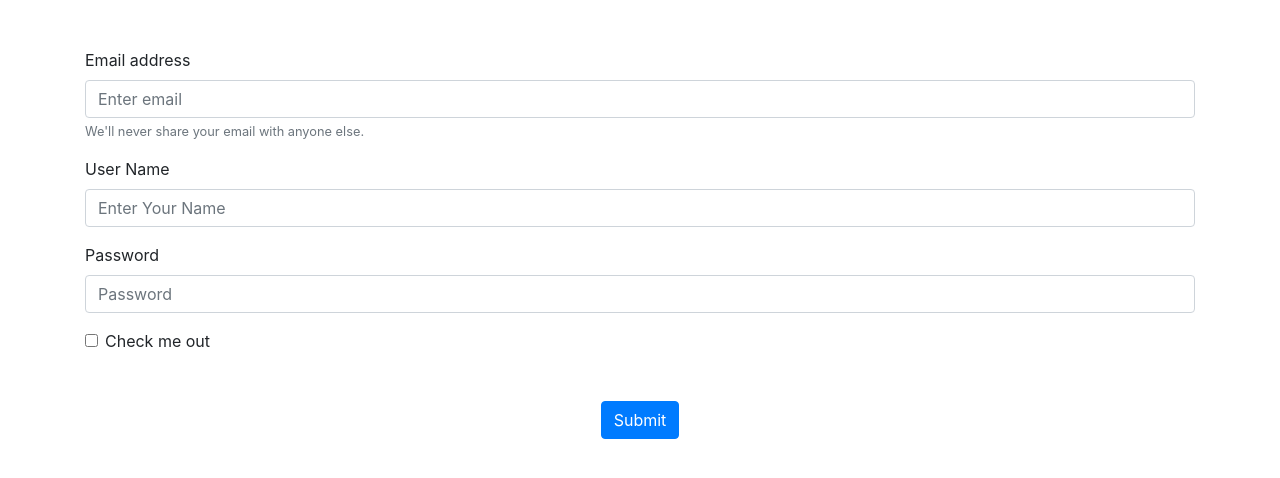
Repository: wanderwisecoder/spring_framework_learnings
Page: http://localhost/SpringMVC/contact
The author's editor kept a copy of each file at every save. The page is drawn from the files as they stood at one save, then again after the next save.
The browser window is 1280 px wide. The pictures show the whole page.
Some web libraries are served in a nearby version. The page is served by Tomcat 9.

Above is the page before, as saved 2023-12-19 08:52:57.

After the next save:
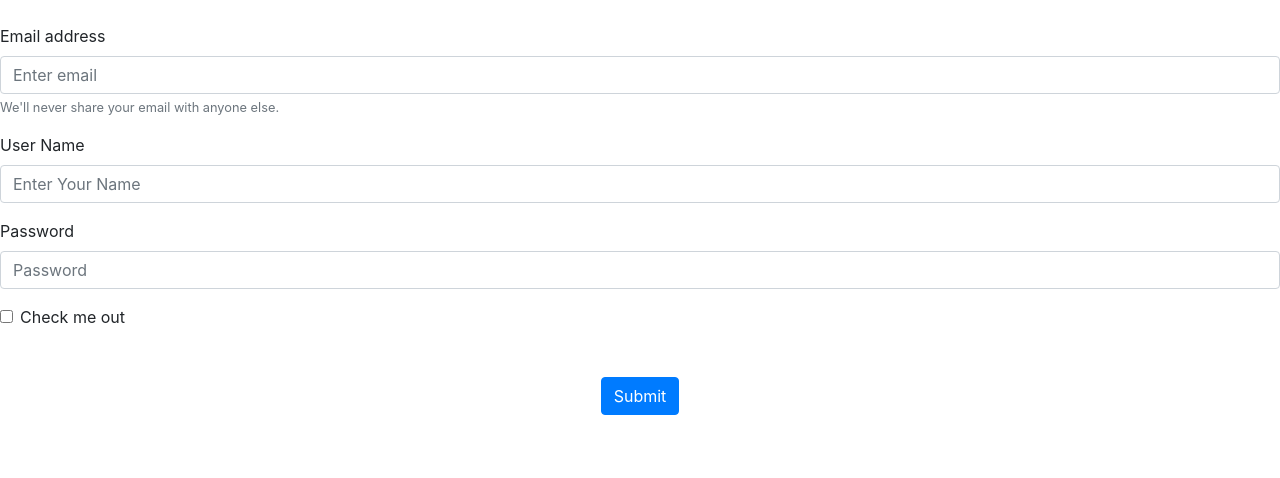
Saved 4 s later.
--- a/SpringMVC/src/main/webapp/WEB-INF/views/contact.jsp
+++ b/SpringMVC/src/main/webapp/WEB-INF/views/contact.jsp
@@ -15,7 +15,7 @@
 <title>Hello, world!</title>
 </head>
 <body>
-
+<he
 	<div class="container  mt-5">
 		<form>
 			<div class="form-group">

After the save that followed:
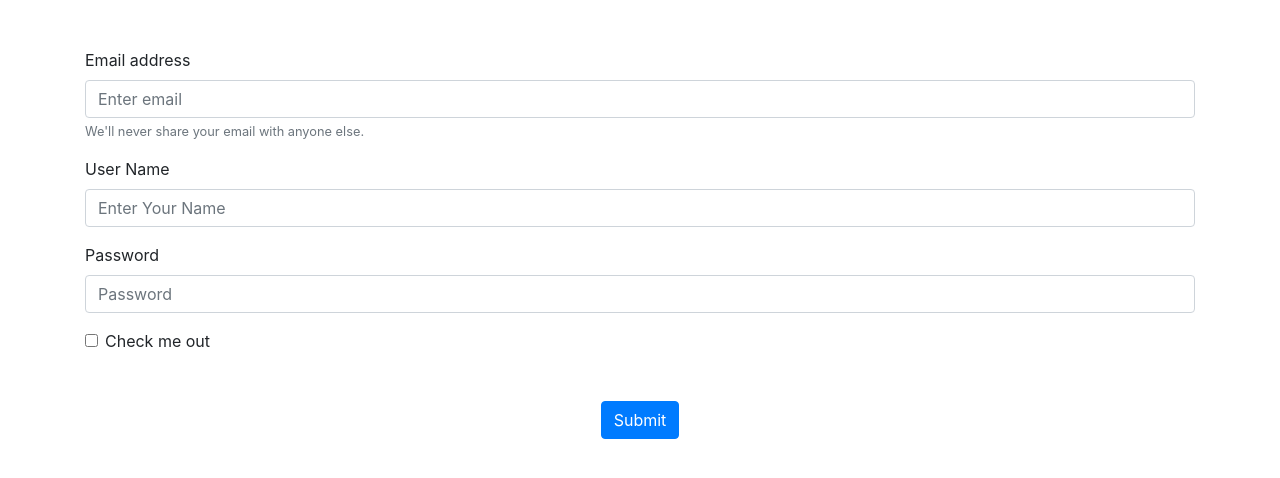
Saved 4 s later.
--- a/SpringMVC/src/main/webapp/WEB-INF/views/contact.jsp
+++ b/SpringMVC/src/main/webapp/WEB-INF/views/contact.jsp
@@ -15,7 +15,7 @@
 <title>Hello, world!</title>
 </head>
 <body>
-<he
+<h3></h3>
 	<div class="container  mt-5">
 		<form>
 			<div class="form-group">
